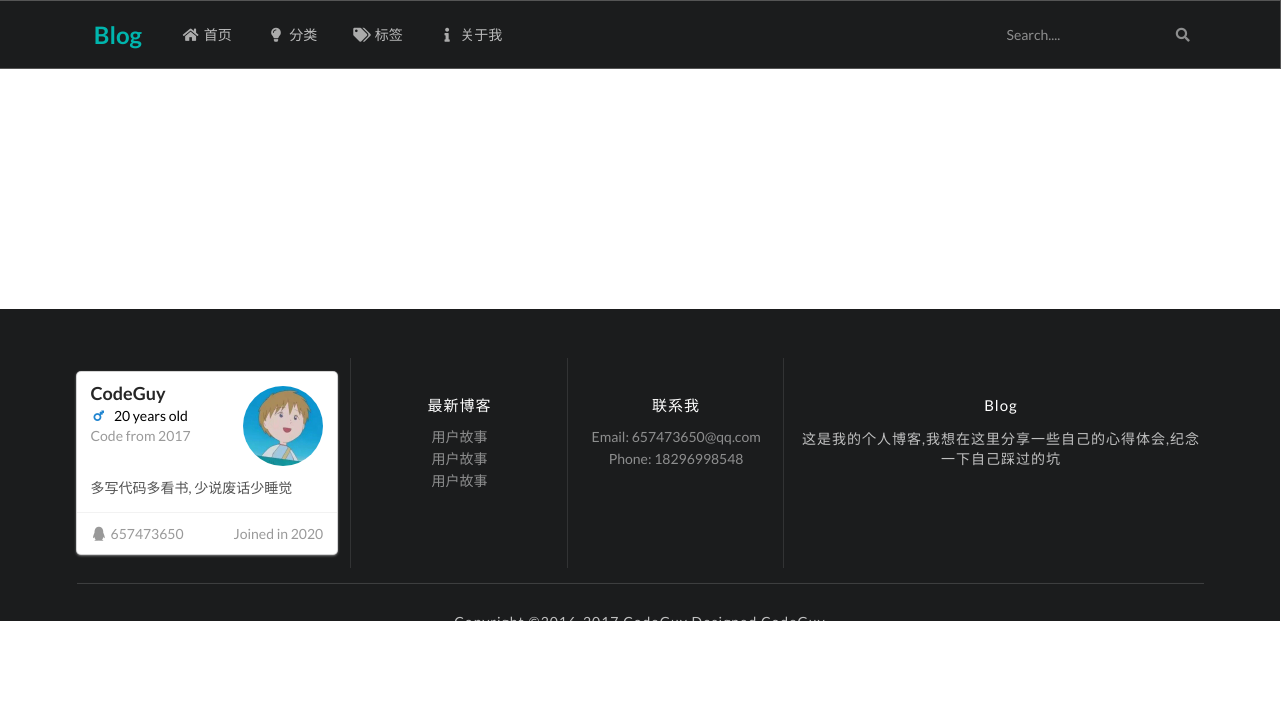
Repository: GOGOHQ/myblog
Page: index.html
The author's editor kept a copy of each file at every save. The page is drawn from the files as they stood at one save, then again after the next save.
The browser window is 1280 px wide. The page is 1281 px wide, so the pictures cover 1281 px, including what lies to the right of the window. The pictures show the whole page.
Some web libraries are served in a nearby version.

Above is the page before, as saved 2020-01-16 16:13:17.

After the next save:
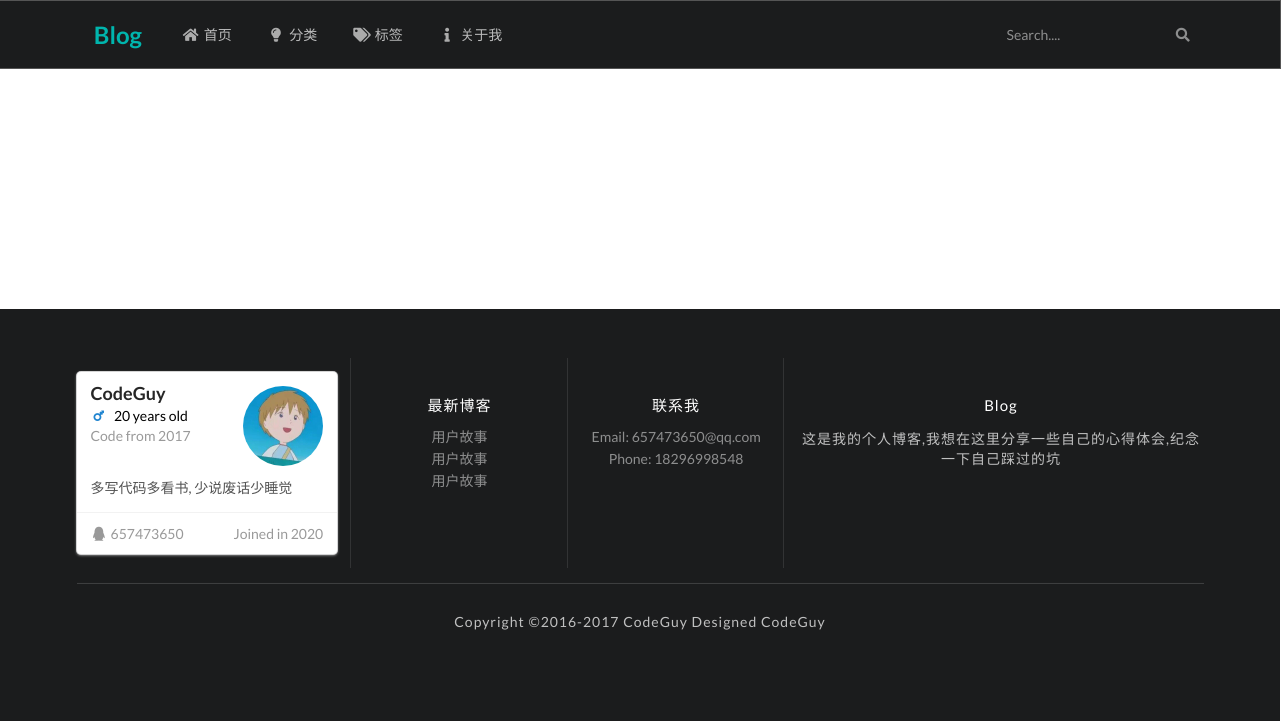
Saved 7 s later.
--- a/index.html
+++ b/index.html
@@ -36,7 +36,7 @@
 </div>
 <!-- 底部 -->
 <footer class="ui inverted vertical segment m-padded-tb-massive">
-    <div class="ui center aligned container" style="height:200px">
+    <div class="ui center aligned container" style="height:300px">
         <div class="ui inverted divided grid">
             <div class="four wide column left aligned ">
                 <div class="ui card">
